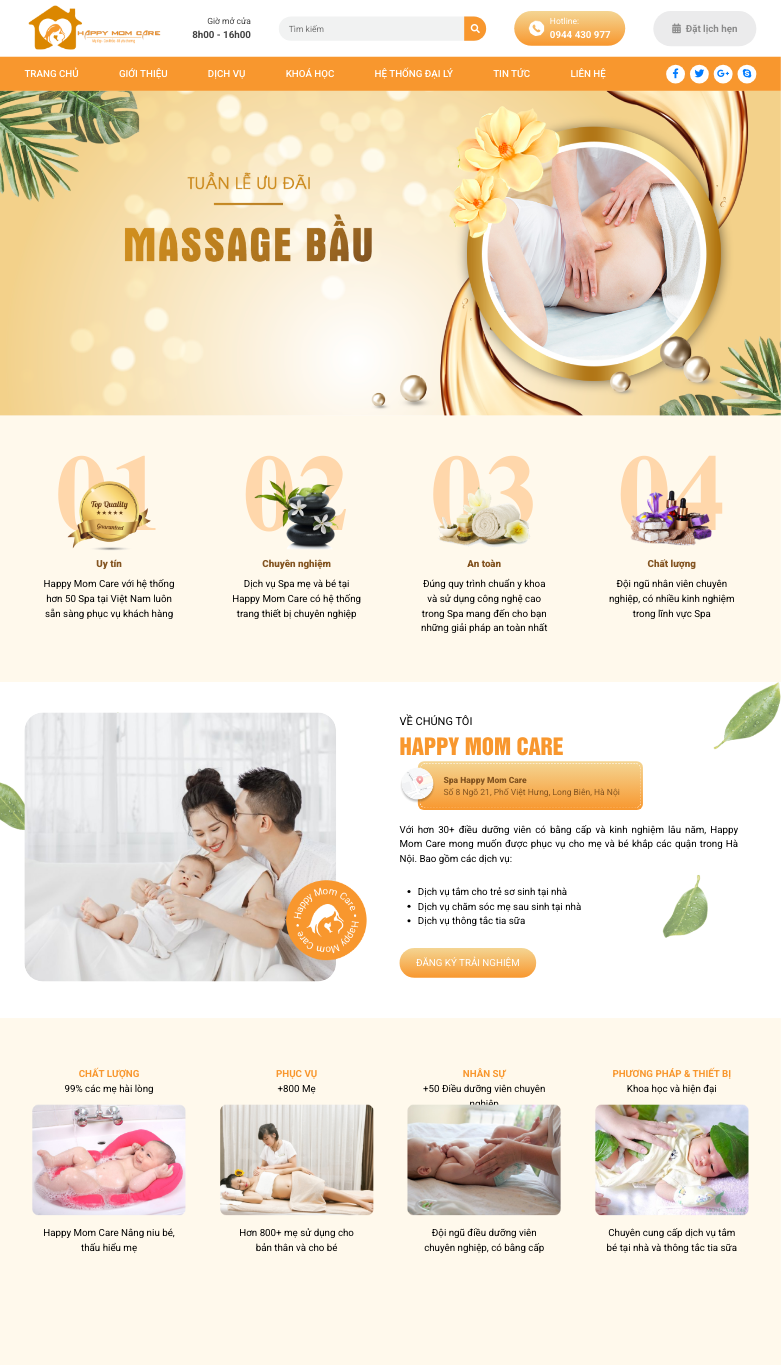
Repository: haianh12082001/happymom
Page: index.html
An editor plug-in stored every save of this project. The page is shown before and after the next save, followed by the edit.
The browser window is 1280 px wide. The pictures show the whole page, at 61% of full size.
Some web libraries are served in a nearby version. The style sheet was rebuilt from its Sass, Less or Tailwind sources for each picture, by a compiler version that may differ from the author's.

Above is the page before, as saved 2021-11-16 08:55:45.

### index.html
<!DOCTYPE html>
<html lang="en">
    <head>
        <meta charset="UTF-8" />
        <meta http-equiv="X-UA-Compatible" content="IE=edge" />
        <meta name="viewport" content="width=device-width, initial-scale=1.0" />
        <title>Document</title>
        <link href="https://fonts.googleapis.com/css2?family=Roboto:wght@300;400;500;700;900&display=swap" rel="stylesheet" />
        <link rel="stylesheet" href="./assets/fonts/fontawesome-free-5.15.3/css/all.min.css" />
        <link
            rel="stylesheet"
            href="https://cdn.jsdelivr.net/npm/bootstrap@4.6.0/dist/css/bootstrap.min.css"
            integrity="sha384-B0vP5xmATw1+K9KRQjQERJvTumQW0nPEzvF6L/Z6nronJ3oUOFUFpCjEUQouq2+l"
            crossorigin="anonymous"
        />
        <link rel="stylesheet" href="./assets/css/app.css" />
    </head>
    <body>
        <div class="topbar">
            <div class="topbar__container container">
                <div class="topbar__logo">
                    <img src="./assets/img/logo.png" alt="" />
                </div>
                <div class="topbar__openTime">
                    <div class="openTime__text">Giờ mở cửa</div>
                    <div class="openTime__time">8h00 - 16h00</div>
                </div>
                <div class="topbar__seach">
                    <input type="text" name="" id="" placeholder="Tìm kiếm" />
                    <button class="button__seach">
                        <i class="fas fa-search r"></i>
                    </button>
                </div>
                <div class="topbar__hotline">
                    <div class="hotline__icon">
                        <img src="./assets/img/icon__phone.png" alt="" />
                    </div>
                    <div class="hotline__text">
                        <p class="hotline__text--top">Hotline:</p>
                        <p class="hotline__text--bottom">0944 430 977</p>
                    </div>
                </div>
                <div class="topbar__book">
                    <div class="book__icon">
                        <i class="fas fa-calendar-alt"></i>
                    </div>
                    <p class="book__text">Đặt lịch hẹn</p>
                </div>
            </div>
        </div>
        <header class="header">
            <div class="header__container container">
                <ul class="header__list">
                    <li class="header__item">
                        <a href="#" class="header__link">Trang chủ</a>
                    </li>
                    <li class="header__item">
                        <a href="#" class="header__link">Giới thiệu</a>
                    </li>
                    <li class="header__item">
                        <a href="#" class="header__link">Dịch vụ</a>
                    </li>
                    <li class="header__item">
                        <a href="#" class="header__link">Khoá học</a>
                    </li>
                    <li class="header__item">
                        <a href="#" class="header__link">Hệ thống đại lý</a>
                    </li>
                    <li class="header__item">
                        <a href="#" class="header__link">Tin tức</a>
                    </li>
                    <li class="header__item">
                        <a href="#" class="header__link">Liên hệ</a>
                    </li>
                </ul>
                <ul class="header__social">
                    <li>
                        <a href="#">
                            <i class="fab fa-facebook-f"></i>
                        </a>
                    </li>
                    <li>
                        <a href="#">
                            <i class="fab fa-twitter"></i>
                        </a>
                    </li>
                    <li>
                        <a href="#">
                            <i class="fab fa-google-plus-g"></i>
                        </a>
                    </li>
                    <li>
                        <a href="#">
                            <i class="fab fa-skype"></i>
                        </a>
                    </li>
                </ul>
            </div>
        </header>
        <section class="banner">
            <div class="banner__content">
                <div class="banner__img">
                    <img src="./assets/img/banner/Rectangle 28.png" alt="" />
                </div>
                <!-- <div class="banner__phone">
                    <div class="icon">
                        <i class="fas fa-phone-alt"></i>
                    </div>
                    <div class="text">0944 430 977</div>
                </div> -->
            </div>
        </section>
        <section class="bannerAdv">
            <div class="bannerAdv__container container">
                <div class="row">
                    <div class="bannerAdv__item col-lg-3">
                        <div class="bannerAdv__item--top">
                            <div class="text">01</div>
                            <img src="./assets/img/bannerAdv/pngwing 6.png" alt="" />
                        </div>
                        <div class="bannerAdv__item--bottom">
                            <div class="name">Uy tín</div>
                            <p class="des">Happy Mom Care với hệ thống hơn 50 Spa tại Việt Nam luôn sẵn sàng phục vụ khách hàng</p>
                        </div>
                    </div>
                    <div class="bannerAdv__item col-lg-3">
                        <div class="bannerAdv__item--top">
                            <div class="text">02</div>
                            <img src="./assets/img/bannerAdv/pngwing 8.png" alt="" />
                        </div>
                        <div class="bannerAdv__item--bottom">
                            <div class="name">Chuyên nghiệm</div>
                            <p class="des">Dịch vụ Spa mẹ và bé tại Happy Mom Care có hệ thống trang thiết bị chuyên nghiệp</p>
                        </div>
                    </div>
                    <div class="bannerAdv__item col-lg-3">
                        <div class="bannerAdv__item--top">
                            <div class="text">03</div>
                            <img src="./assets/img/bannerAdv/pngwing 9.png" alt="" />
                        </div>
                        <div class="bannerAdv__item--bottom">
                            <div class="name">An toàn</div>
                            <p class="des">Đúng quy trình chuẩn y khoa và sử dụng công nghệ cao trong Spa mang đến cho bạn những giải pháp an toàn nhất</p>
                        </div>
                    </div>
                    <div class="bannerAdv__item col-lg-3">
                        <div class="bannerAdv__item--top">
                            <div class="text">04</div>
                            <img src="./assets/img/bannerAdv/pngwing 10.png" alt="" />
                        </div>
                        <div class="bannerAdv__item--bottom">
                            <div class="name">Chất lượng</div>
                            <p class="des">Đội ngũ nhân viên chuyên nghiệp, có nhiều kinh nghiệm trong lĩnh vực Spa</p>
                        </div>
                    </div>
                </div>
            </div>
        </section>
        <section class="introduce">
            <div class="introduce__container container">
                <div class="row">
                    <div class="col-lg-6">
                        <div class="introduce__img">
                            <img src="./assets/img/Rectangle 33.png" alt="" />
                        </div>
                    </div>
                    <div class="col-lg-6">
                        <div class="introduce__heading">Về chúng tôi</div>
                        <div class="introduce__name">Happy mom care</div>
                        <div class="introduce__address">
                            <div class="introduce__address--img">
                                <img src="./assets/img/Ellipse 29.png" alt="" />
                            </div>
                            <div class="introduce__address--text">
                                <p>Spa Happy Mom Care</p>
                                <span>Số 8 Ngõ 21, Phố Việt Hưng, Long Biên, Hà Nội</span>
                            </div>
                        </div>
                        <div class="introduce__text">
                            <p>
                                Với hơn 30+ điều dưỡng viên có bằng cấp và kinh nghiệm lâu năm, Happy Mom Care mong muốn được phục vụ cho mẹ và bé khắp các quận
                                trong Hà Nội. Bao gồm các dịch vụ:
                            </p>
                            <ul class="text__list">
                                <li>Dịch vụ tắm cho trẻ sơ sinh tại nhà</li>
                                <li>Dịch vụ chăm sóc mẹ sau sinh tại nhà</li>
                                <li>Dịch vụ thông tắc tia sữa</li>
                            </ul>
                        </div>
                        <div class="introduce__btn">
                            <a href="">Đăng ký trải nghiệm</a>
                        </div>
                    </div>
                </div>
            </div>
        </section>
        <section class="blog">
            <div class="blog__container container">
                <div class="row">
                    <div class="blog__item col-lg-3">
                        <div class="blog__name">Chất lượng</div>
                        <div class="blog__subname">99% các mẹ hài lòng</div>
                        <div class="blog__img">
                            <img src="./assets/img/blog/Rectangle 35 (3).png" alt="" />
                        </div>
                        <div class="blog__des">Happy Mom Care Nâng niu bé, thấu hiểu mẹ</div>
                        <div class="blog__btn btn">
                            <a href="">Tìm hiểu thêm</a>
                            <img class="blog__btn--img" src="./assets/img/blog/plant 1.png" alt="" />
                        </div>
                    </div>
                    <div class="blog__item col-lg-3">
                        <div class="blog__name">Phục vụ</div>
                        <div class="blog__subname">+800 Mẹ</div>
                        <div class="blog__img">
                            <img src="./assets/img/blog/Rectangle 35 (4).png" alt="" />
                        </div>
                        <div class="blog__des">Hơn 800+ mẹ sử dụng cho bản thân và cho bé</div>
                        <div class="blog__btn btn">
                            <a href="">Tìm hiểu thêm</a>
                            <img class="blog__btn--img" src="./assets/img/blog/plant 1.png" alt="" />
                        </div>
                    </div>
                    <div class="blog__item col-lg-3">
                        <div class="blog__name">Nhân sự</div>
                        <div class="blog__subname">+50 Điều dưỡng viên chuyên nghiệp</div>
                        <div class="blog__img">
                            <img src="./assets/img/blog/Rectangle 35 (5).png" alt="" />
                        </div>
                        <div class="blog__des">Đội ngũ điều dưỡng viên chuyên nghiệp, có bằng cấp</div>
                        <div class="blog__btn btn">
                            <a href="">Tìm hiểu thêm</a>
                            <img class="blog__btn--img" src="./assets/img/blog/plant 1.png" alt="" />
                        </div>
                    </div>
                    <div class="blog__item col-lg-3">
                        <div class="blog__name">PHƯƠNG PHÁP & THIẾT BỊ</div>
                        <div class="blog__subname">Khoa học và hiện đại</div>
                        <div class="blog__img">
                            <img src="./assets/img/blog/Rectangle 35 (6).png" alt="" />
                        </div>
                        <div class="blog__des">Chuyên cung cấp dịch vụ tắm bé tại nhà và thông tắc tia sữa</div>
                        <div class="blog__btn btn">
                            <a href="">Tìm hiểu thêm</a>
                            <img class="blog__btn--img" src="./assets/img/blog/plant 1.png" alt="" />
                        </div>
                    </div>
                </div>
            </div>
        </section>
        <script type="text/javascript" src="https://code.jquery.com/jquery-1.11.0.min.js"></script>
        <script type="text/javascript" src="https://code.jquery.com/jquery-migrate-1.2.1.min.js"></script>
        <script
            src="https://cdnjs.cloudflare.com/ajax/libs/bootstrap/4.6.0/js/bootstrap.min.js"
            integrity="sha512-XKa9Hemdy1Ui3KSGgJdgMyYlUg1gM+QhL6cnlyTe2qzMCYm4nAZ1PsVerQzTTXzonUR+dmswHqgJPuwCq1MaAg=="
            crossorigin="anonymous"
            referrerpolicy="no-referrer"
        ></script>
        <script type="text/javascript" src="https://cdn.jsdelivr.net/npm/slick-carousel@1.8.1/slick/slick.min.js"></script>
        <script src="./assets/js/main.js"></script>
    </body>
</html>

### assets/sass/app.scss
@import "variables";
@import "reset";
@import "global";
@import "topbar";
@import "header";
@import "banner";
@import "bannerAdv";
@import "introduce";
@import "blog";

### assets/sass/_variables.scss
$font-family: "Roboto", sans-serif;
$color-global: #f8972e;
$text-color: #000000;

### assets/sass/_reset.scss
html {
    box-sizing: border-box;
    scroll-behavior: smooth;
}
* {
    margin: 0;
    padding: 0;
}
*,
*:before,
*:after {
    box-sizing: border-box;
}
input,
textarea,
select,
button {
    outline: none;
}
input {
    line-height: normal;
    outline: none;
    box-shadow: none;
}
input:focus {
    outline: 0;
    border: none;
    box-shadow: none;
}
ul,
li {
    margin: 0;
    padding: 0;
    list-style: none;
}
label,
button {
    cursor: pointer;
}
a {
    text-decoration: none;
    &:hover {
        text-decoration: none;
    }
}
img {
    display: block;
    max-width: 100%;
}

### assets/sass/_global.scss
@font-face {
    font-family: "UTM";
    font-display: swap;
    src: url("../fonts/word/UTM\ HelvetIns.ttf") format("truetype");
}
@font-face {
    font-family: "Time";
    font-display: swap;
    src: url("../fonts/word/timesbd.ttf") format("truetype");
}
body {
    font-family: $font-family;
    margin: 0;
    padding: 0;
    width: 100%;
    font-size: 16px;
    color: $text-color;
}
.container {
    max-width: 1230px;
    margin: 0 auto;
    padding: 0 15px;
}

### assets/sass/_topbar.scss
.topbar {
    height: 93px;
    display: flex;
    align-items: center;
    &__container {
        display: flex;
        align-items: center;
        justify-content: space-between;
    }
    &__logo {
        img {
            max-width: 229px;
            max-height: 84px;
            object-fit: cover;
        }
    }
    &__openTime {
        color: #424242;
        text-align: right;
        .openTime__text {
            font-size: 14px;
            font-weight: 400;
        }
        .openTime__time {
            font-weight: 700;
        }
    }
    &__seach {
        position: relative;
        input {
            width: 340px;
            max-width: 340px;
            background: #f1f2f2;
            padding: 12px 16px;
            font-size: 14px;
            color: #7f808c;
            border: none;
            border-radius: 101px;
        }
        .button__seach {
            position: absolute;
            top: 50%;
            right: 0;
            transform: translateY(-50%);
            border: none;
            width: 36px;
            height: 40px;
            border-radius: 0px 101px 101px 0px;
            background: $color-global;
            i {
                font-size: 15px;
                color: #fff;
            }
        }
    }
    &__hotline {
        background: linear-gradient(180deg, #f4d593 0%, #f8972e 100%);
        border-radius: 50px;
        padding: 6px 24px;
        display: flex;
        .hotline__icon {
            display: flex;
            align-items: center;
            margin-right: 9px;
        }
        .hotline__text {
            p {
                margin-bottom: 0;
                color: #fff;
            }
            &--top {
                font-size: 14px;
                font-weight: 400;
            }
            &--bottom {
                font-weight: 700;
            }
        }
    }
    &__book {
        display: flex;
        align-items: center;
        padding: 17px 31px;
        color: #8b8b8b;
        background: #ebebec;
        border-radius: 100px;
        .book__icon {
            margin-right: 8px;
        }
        .book__text {
            margin-bottom: 0;
            font-weight: 700;
        }
    }
}

### assets/sass/_header.scss
.header {
    // height: 59px;
    background: $color-global;
    &__container {
        display: flex;
        justify-content: space-between;
        align-items: center;
    }
    &__list {
        display: flex;
        justify-content: space-between;
        text-transform: uppercase;
        align-items: center;
        // column-gap: 66px;
    }
    &__item {
        margin-left: 66px;
        padding: 16px 0;
        &:first-child {
            margin-left: 0;
        }
    }
    &__link {
        color: #fff;
        font-weight: 500;
    }
    &__social {
        display: flex;
        align-items: center;
        li {
            width: 31px;
            height: 31px;
            background: #fff;
            border-radius: 50%;
            margin-left: 8px;
            i {
                display: flex;
                height: 100%;
                justify-content: center;
                align-items: center;
            }
        }
    }
}

### assets/sass/_banner.scss
.banner {
    position: relative;
    &__img img {
        width: 100%;
        max-height: 598px;
    }
    &__phone {
        color: #845522;
        display: flex;
        .text {
            font-family: "UTM";
        }
    }
}

### assets/sass/_bannerAdv.scss
.bannerAdv {
    background: #fff9ec;
    padding: 25px 0 60px;
    &__container {
    }
    &__item {
        padding: 0px 46px;
        display: flex;
        flex-direction: column;
        align-items: center;
        &--top {
            position: relative;
            display: inline-block;
            max-width: 180px;
            height: 207px;

            .text {
                color: #ffd7ab;
                font-size: 180px;
                font-weight: 700;
                font-family: "Time";
                line-height: 206px;
            }
            img {
                position: absolute;
                bottom: 10px;
                left: 50%;
                transform: translateX(-50%);
            }
        }
        &--bottom {
            text-align: center;
            .name {
                color: #845522;
                margin-bottom: 9px;
                font-weight: 900;
            }
        }
    }
}

### assets/sass/_blog.scss
.blog {
    padding-top: 40px;
    padding-bottom: 60px;
    background: #fff9ec;
    &__item {
        padding: 40px 28px 55px 28px;
    }
    &__name {
        text-align: center;
        text-transform: uppercase;
        color: $color-global;
        font-weight: 700;
    }
    &__subname {
        text-align: center;
        // margin-bottom: 13px;
        height: 38px;
    }
    &__des {
        text-align: center;
        padding: 17px;
        display: -webkit-box;
        -webkit-line-clamp: 2;
        -webkit-box-orient: vertical;
        overflow: hidden;
        text-overflow: ellipsis;
        word-break: break-word;
        // height: 59px;
    }
    &__btn {
        text-align: center;
        margin-top: 10px;
        position: relative;
        display: inherit;
        visibility: hidden;
        a {
            padding: 15px 28px 11px 28px;
            background: linear-gradient(180deg, #f4d593 0%, #f8972e 100%);
            border-radius: 50px;
            text-transform: uppercase;
            color: #fff;
            font-weight: 500;
            box-shadow: 0 3px 0px rgba($color: #c2611c, $alpha: 1);
        }
        &--img {
            position: absolute;
            bottom: 0;
            right: 0;
            transform: translateX(25%);
        }
    }
    &__item:hover {
        box-shadow: 0px 0px 20px rgba(239, 206, 168, 0.5);
        border-radius: 20px;
        .blog__btn {
            visibility: initial;
        }
    }
}

Loaded but not shown: assets/fonts/fontawesome-free-5.15.3/css/all.min.css (library); assets/sass/_introduce.scss (117 lines, source omitted); assets/js/main.js (no copy from this time; the picture is the same without it)

After the next save:
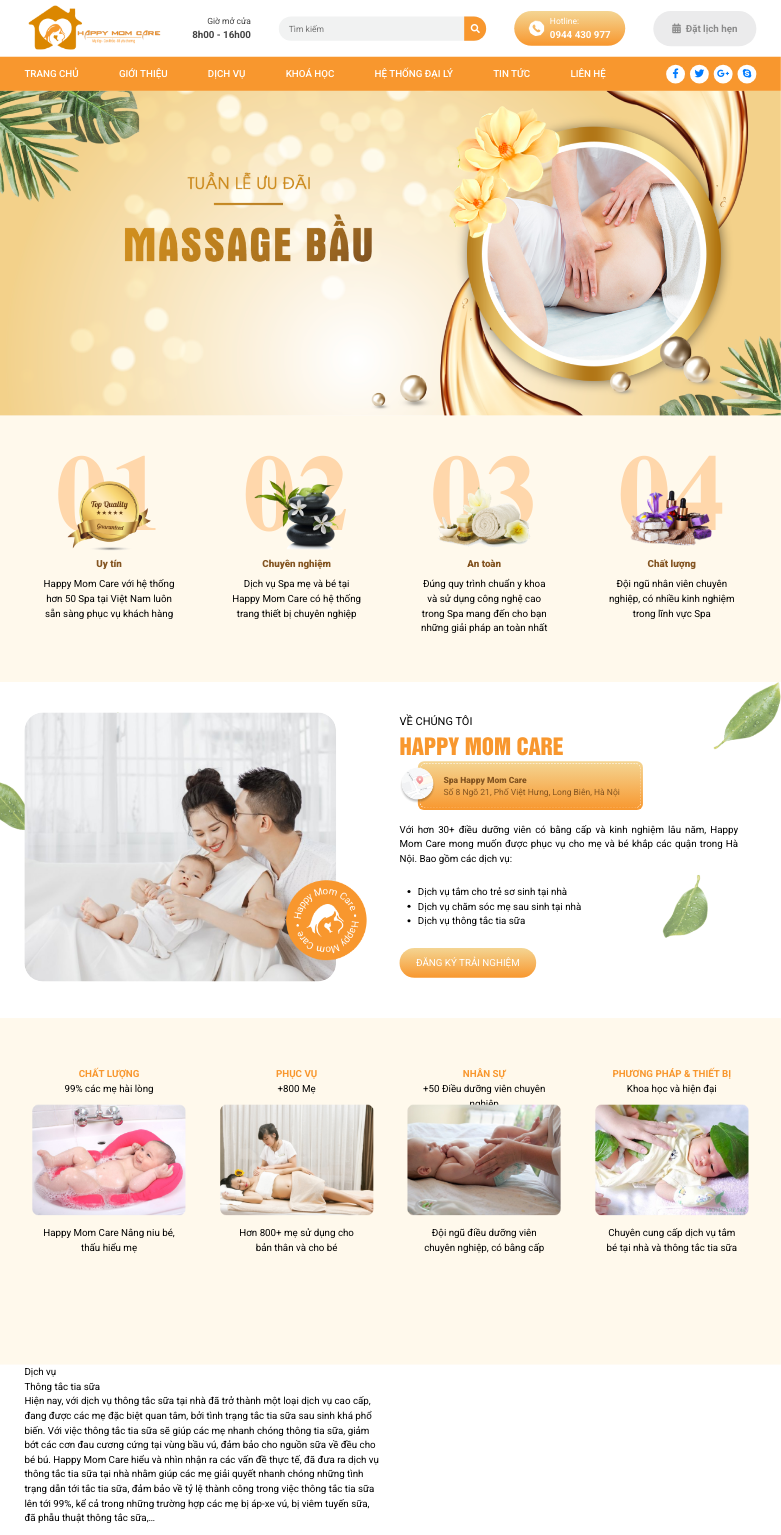
Saved 6 min 53 s later.
--- a/index.html
+++ b/index.html
@@ -248,6 +248,24 @@
                 </div>
             </div>
         </section>
+        <seaction class="serviceOne">
+            <div class="serviceOne__container container">
+                <div class="row">
+                    <div class="col-lg-6">
+                        <div class="service__title">Dịch vụ</div>
+                        <div class="service__name">Thông tắc tia sữa</div>
+                        <p>
+                            Hiện nay, với dịch vụ thông tắc sữa tại nhà đã trở thành một loại dịch vụ cao cấp, đang được các mẹ đặc biệt quan tâm, bởi tình
+                            trạng tắc tia sữa sau sinh khá phổ biến. Với việc thông tắc tia sữa sẽ giúp các mẹ nhanh chóng thông tia sữa, giảm bớt các cơn đau
+                            cương cứng tại vùng bầu vú, đảm bảo cho nguồn sữa về đều cho bé bú. Happy Mom Care hiểu và nhìn nhận ra các vấn đề thực tế, đã đưa
+                            ra dịch vụ thông tắc tia sữa tại nhà nhằm giúp các mẹ giải quyết nhanh chóng những tình trạng dẫn tới tắc tia sữa, đảm bảo về tỷ lệ
+                            thành công trong việc thông tắc tia sữa lên tới 99%, kể cả trong những trường hợp các mẹ bị áp-xe vú, bị viêm tuyến sữa, đã phẫu
+                            thuật thông tắc sữa,…
+                        </p>
+                    </div>
+                </div>
+            </div>
+        </seaction>
         <script type="text/javascript" src="https://code.jquery.com/jquery-1.11.0.min.js"></script>
         <script type="text/javascript" src="https://code.jquery.com/jquery-migrate-1.2.1.min.js"></script>
         <script
